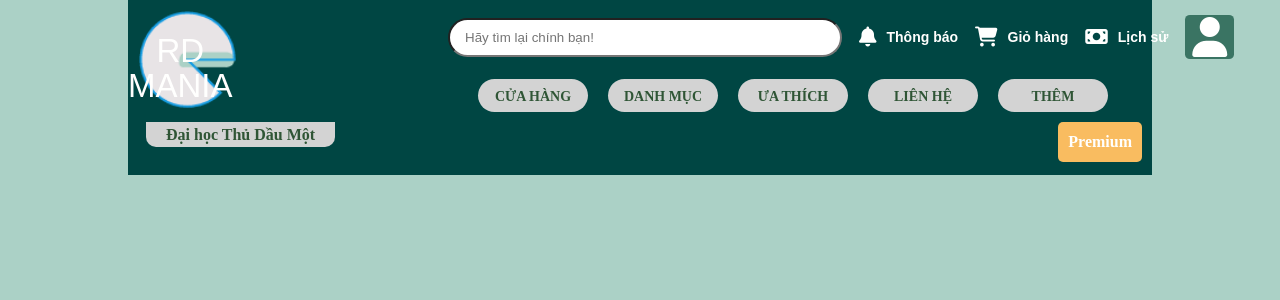
Repository: BinhTeach/rdmania
Page: Html/main.html
An editor plug-in stored every save of this project. The page is shown before and after the next save, followed by the edit.
The browser window is 1280 px wide. The pictures show the whole page.
Some web fonts or font styles are not loaded; a fallback is used. Some web libraries are served in a nearby version.

Above is the page before, as saved 2024-03-01 00:41:24.

### Html/main.html
<!DOCTYPE html>
<html lang="en">
<head>
    <meta charset="UTF-8">
    <meta name="viewport" content="width=device-width, initial-scale=1.0">
    <title>RDMania Store</title>
    <link rel="stylesheet" href="../Css/styles.css">
    <script src="https://kit.fontawesome.com/45c2fe20a1.js" crossorigin="anonymous"></script>
    <link rel="shortcut icon" type="image/png" href="../Image/logo.png">
    <script src="../Script/main.js"></script>
    <link href="https://fonts.cdnfonts.com/css/algeria" rel="stylesheet">
</head>
<body>
     <div id="header">
          <div class="header--container">
               <img onclick="appearMenu()" src="../Image/logo.png" alt="">
               <div class="header__title--logo">RD</br>MANIA</div>
               <nav>
                    <ul class="header__nav header__nav--up">
                         <li>
                              <input class="header__nav--find" type="text" placeholder="Hãy tìm lại chính bạn!">
                         </li>
                         <li class="header__nav--icon"><i class="fa-solid fa-bell"></i></li>
                         <li class="header__nav--titleSymbol">Thông báo</li>
                         <li class="header__nav--icon"><i class="fa-solid fa-cart-shopping"></i></i></li>
                         <li class="header__nav--titleSymbol">Giỏ hàng</li>
                         <li class="header__nav--icon " name="history-bill"><i class="fa-solid fa-money-bill"></i></li>
                         <li class="header__nav--titleSymbol">Lịch sử</li>
                         <li class="header__nav--icon fa-user--up" name='user'><i class="fa-solid fa-user"></i></li>
                    </ul>
                    <ul class="header__nav--center">
                         <li class="header__nav--menu"><a href="">Cửa hàng</a></li>
                         <li onClick="sideBar_appear()" class="header__nav--menu"><a href="">Danh mục</a>
                              <div id="sideBar__hidden">
                                   <details class="sideBar__Menu">
                                        <summary>Thắt lưng Rider</summary>
                                        <ul class="sideBar__dropList">
                                             <li class="siedeBar__dropList--sub"><a href="">Dx</a></li>
                                             <li class="siedeBar__dropList--sub"><a href="">Csm</a></li>
                                        </ul>
                                   </details>
                         `    </div>
                         </li>
                         <li class="header__nav--menu"><a href="">Ưa thích</a></li>
                         <li class="header__nav--menu"><a href="">Liên hệ</a></li>
                         <li class="header__nav--menu"><a href="">Thêm</a></li>
                    </ul>
               </nav>
          </div>
          <ul class="header__nav--down">
               <li class="header__nav--address">Đại học Thủ Dầu Một</li>
               <li class="header__nav--premium">Premium</li>
          </ul>
     </div>
</body>
<script>
     var bl = false;
     window.addEventListener('load', function(){
          if(innerWidth < 768 && bl === false){
               appearMenu();
               bl = true;
          }
          window.addEventListener('resize', function(){
               if(innerWidth < 768 && bl === false){
               appearMenu();
               bl = true;
          }
          })

     })
     function appearMenu() {
  var parentElement = document.getElementsByClassName('header--container')[0];
  var newDiv = document.createElement('div');
  parentElement.appendChild(newDiv);
  newDiv.classList.add('iconMenu');
  newDiv.innerHTML = '&#9776;';
  newDiv.id = "newMenu";
  newDiv.addEventListener('click', clickMenu);
  document.documentElement.style.setProperty('--set-Width', window.innerWidth + 'px');
     var element = document.getElementsByClassName('header__nav--icon')[0];
     }
function clickMenu() {
  let clickMenu = document.getElementsByClassName('header__nav--icon');
  for(let element of clickMenu){
     element.style.display = 'block';
  }
  let noneMenu = document.getElementsByClassName('iconMenu')[0];
  noneMenu.style.display ='none';
  let userUp = document.getElementsByClassName('header__nav--icon')[3];
  userUp.classList.add('fa-user--up');
}
function sideBar_appear(){
     var appear = document.getElementById('sideBar__hidden');
     appear.removeAttribute("display");
}

</script>
</html>

### Css/styles.css
*{
    margin:0px;
    padding: 0px;
}
@import url('https://fonts.cdnfonts.com/css/algeria');
ul{
    list-style: none;
}
@media screen and (max-width: 767.89px) {
    .header--container img{
        margin-left:-5px;
    }
    .header__title--logo{
        position: absolute;
        top:25px;
        left:110px;
    }
    nav ul li{
        display:none;
    }

    .header__nav--icon{
        margin-top: 70px;
    }
    #header{
        margin-top:10px;
        height: 130px;
        display:flex;
        flex-direction: column;
        align-items: start;
    }
    .header__nav--up{
        height: 100px;
        width: 100%;
        display: none;
    }
    .header__nav--down{
        position:absolute;
        flex-direction: start;
        top: 160px;
        align-items: center;
    }
    .header__nav--down li{
        margin-left: 15px;
        margin-top: -7px;
    }
    .header__nav--down li:nth-child(2){
        margin-left: 50px;
    }
    .header__nav--up{
        position: fixed;
        left:110px;
        top:5px;
    }
    .fa-user--up{
        position:fixed;
        top: -50px;
        right: 5px;
        font-size: 100px;
    }
    .header__nav--premium{
        position: fixed;
        right:0;
        top:130px;
    }
    .header__nav--address{
        border-radius:10px;
        position: absolute;
        top:-10px;
        left: 20px;
        white-space:nowrap;
    }
}
.iconMenu{
    font-size: 30px;
    color:white;
    display: flex;
    padding-top: 5px;
    align-items: center;
    cursor:pointer;
    position: absolute;
    left: 300px;
    top: 58px;
}
@media screen and (min-width: 768px) and (max-width:1023.98px) {
    #header{
        max-width: 100vw;
    }
    .header--container img{
        margin-left:10px;
        margin-top:30px;
        position: relative;
        left:0;
        top:15px;
    }
    .header__title--logo{
        margin-top: 10px;
        white-space: wrap;
        text-wrap: wrap;
        flex:0.5;
    }
    nav{
        justify-content: end;
        margin-top:20px;
        flex:2;
    }
    .fa-user--up{
        position: fixed;
        margin-right: 5px;
        font-size: 100px;
        right:0;
    }
    .header__nav--premium{
        margin-top: 0px;
    }
    .header__nav--address{
        margin-top:10px;
        border-top-right-radius:10px;
    }
    nav ul.header__nav--up li input,.header__nav--menu:nth-child(3), .header__nav--menu:nth-child(5){
        display:none;
    }
    .header__nav--icon, .header__nav--menu{
        margin-left: 20px;
    }
    .iconMenu{
        display: none;
    }
}
@media screen and (min-width: 1024px) {
    .iconMenu{
        display: none;
    }
}
body{
    background-color: #ABD1C6;
    color: #fffffe;
}

#header{
    position:fixed;
    top:0;
    left: 0;
    right: 0;
    margin: 0 auto;
    width: 1024px;
    background-color: #004643;
    height: 175px;
}
.header--container{
    display: flex;
}
.header--container img{
    border-radius: 100%;
    margin-left: 10px;
    margin-top: 10px;
    width: 100px;
    height: 100px;
}
nav{
    display:flex;
    flex-direction: column;
    margin-left:200px;
}
.header__title--logo{
    font-family: 'Algeria', sans-serif;
    align-self: center;
    font-size: 33px;
    text-align: center;
    padding-top: 15px;
    line-height: 1.05;
    white-space: wrap;
    position: absolute;
    left: 0;
}
.header__nav{
    display:flex;
    flex-direction: row;
    padding: 5px;
    align-items: center;
}
.header__nav--up{
    padding-top:10px;
}
.header__nav>li{
    padding:5px;
    text-wrap:nowrap;
}
.header__nav li:nth-child(even){
    padding-left: 12px;
}
.header__nav--find{
    border-radius: 30px;
    flex: 1;
    width: 390px;
    height: 35px;
}
.header__nav--find::placeholder{
    padding-left: 15px;
    font-family: Arial, Helvetica, sans-serif;
}
.header__nav--icon{
    font-size:20px;
    cursor:pointer;
}
.header__nav--titleSymbol{
    font-family: Arial, Helvetica, sans-serif;
    font-size: 14px;
    cursor:pointer;
    font-weight: 700;
}
.fa-user{
    font-size: 40px;
    background-color: #3a7463;
    padding: 2px 7px;
    border-radius: 10%;
}
.header__nav--center{
    display:flex;
}

.header__nav--menu:nth-child(1){
    margin-left: 40px;
}
.header__nav--menu a{
    text-decoration: none;
    text-transform: uppercase;
    font-size: 14px;
    font-weight: 600;
    color: #2f5535;
    display: flex;
    align-items: center;
    justify-content: center;
    position: relative;
}

.header__nav--down{
    display:flex;
    justify-content: space-between;
}
.header__nav--address{
    padding: 0 20px;
    border-bottom-left-radius: 10px;
    border-bottom-right-radius: 10px;
    background-color: #D3D3D3;
    color:#2f5535;
    height: 25px;
    display: flex;
    align-items: center;
    font-weight: 600;
    margin-left: 18px;
}
.header__nav--premium{
    height:40px;
    background-color: #F9BC60;
    color: #fffffe;
    font-weight: 600;
    margin-right:10px;
    padding:0 10px;
    display:flex;
    align-items: center;
    justify-content: center;
    border-radius: 5px;
    cursor:cell;
}
.header__nav--menu{
    padding: 0 15px;
    padding-top: 10px;
    border-radius: 30px;
    background-color:#D3D3D3;
    width: 80px;
    height: 23px;
    text-align:center;
    margin:10px;

}
.header__nav--menu:nth-child(2){
    position: relative;
}
#sideBar__appear{
    display:block;
}
#sideBar__hidden{
    display:none;
    position: absolute;
}
.sideBar__Menu{

}
.sideBar__dropList{

}
.siedeBar__dropList--sub{

}

### Script/main.js
var S = 'xin chào bạn';
S.slice(4);
console.log(S.charAt(2, 5));

After the next save:
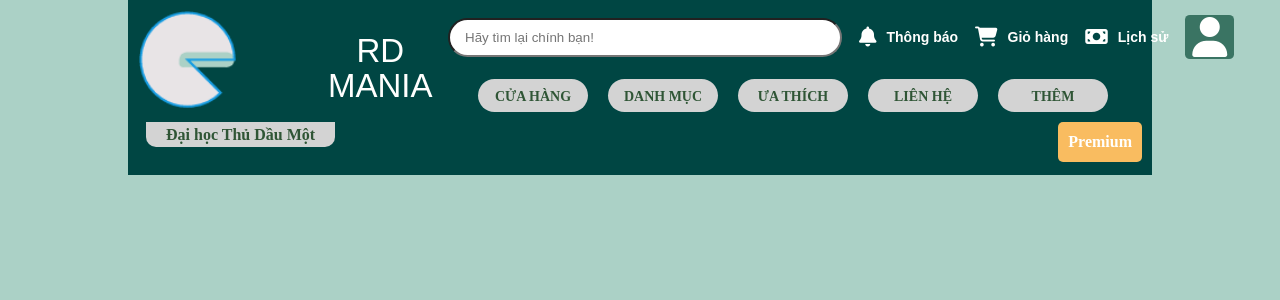
Saved 26 s later.
--- a/Css/styles.css
+++ b/Css/styles.css
@@ -171,7 +171,7 @@ nav{
     line-height: 1.05;
     white-space: wrap;
     position: absolute;
-    left: 0;
+    left: 200px;
 }
 .header__nav{
     display:flex;
